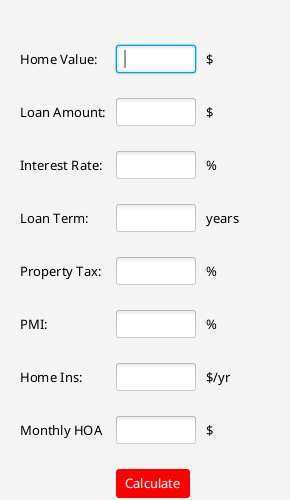
Repository: jpayne2310/Intro_to_Java
Program's window: java FinalProject/src/application/Main.java
An editor plug-in stored every save of this project. The program's window is shown before and after the next save, followed by the edit.
It runs on Java 21 on a 1366 x 768 screen with JavaFX 11; the title bar is not drawn.

Above is the program's window before, as saved 2017-05-18 15:08:00.

After the next save:
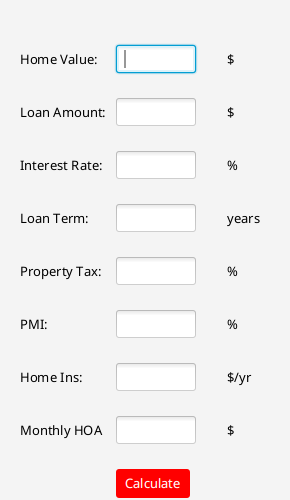
Saved 18 min 11 s later.
--- a/FinalProject/src/application/Main.java
+++ b/FinalProject/src/application/Main.java
@@ -15,20 +15,32 @@
 import javafx.scene.shape.Line;
 import javafx.scene.text.Text;
 
+public class Main extends Application {
 
-public class Main extends Application {
+	Scene scene1, scene2;
+
+	public static void main(String[] args) {
+		launch(args);
+	}
+
 	@Override
 	public void start(Stage primaryStage) {
+
+		Button button1 = new Button("Go to scene 2");
+		button1.setOnAction(e -> primaryStage.setScene(scene2));
+
+
+
 		try {
 			primaryStage.setTitle("Morgage Calculator");
 			GridPane grid = new GridPane();
-			Scene scene = new Scene(grid,290,500, Color.web("#e2e2e2"));
+			Scene scene = new Scene(grid, 290, 500, Color.web("#e2e2e2"));
 			scene.getStylesheets().add(getClass().getResource("application.css").toExternalForm());
-			//set grid format
+			// set grid format
 			grid.setVgap(25);
 			grid.setHgap(10);
 
-			//declared textfields
+			// declared textfields
 			TextField homeValue = new TextField();
 			TextField loanAmount = new TextField();
 			TextField intRate = new TextField();
@@ -38,10 +50,10 @@
 			TextField homeIns = new TextField();
 			TextField monthlyHOA = new TextField();
 
-			//declared controls
+			// declared controls
 			Button btnCalculate = new Button("Calculate");
 
-			//grid layout
+			// grid layout
 			grid.add(new Text("Home Value:"), 0, 1);
 			grid.add(homeValue, 1, 1);
 			grid.add(new Text("$"), 2, 1);
@@ -67,12 +79,11 @@
 			grid.add(monthlyHOA, 1, 8);
 			grid.add(new Text("$"), 2, 8);
 			grid.add(btnCalculate, 1, 9);
-
+			grid.add(button1, 1, 10);
 			btnCalculate.setOnAction(new EventHandler<ActionEvent>() {
 
 				public void handle(ActionEvent e) {
-					double hValue = 0, lAmount = 0, iRate = 0,
-							pTax = 0, pmi = 0, hIns = 0, mHOA = 0;
+					double hValue = 0, lAmount = 0, iRate = 0, pTax = 0, pmi = 0, hIns = 0, mHOA = 0;
 					int lTerm = 0;
 
 					hValue = Double.parseDouble(homeValue.getText());
@@ -97,12 +108,9 @@
 
 			primaryStage.setScene(scene);
 			primaryStage.show();
-		} catch(Exception e) {
+		} catch (Exception e) {
 			e.printStackTrace();
 		}
 	}
 
-	public static void main(String[] args) {
-		launch(args);
-	}
 }
